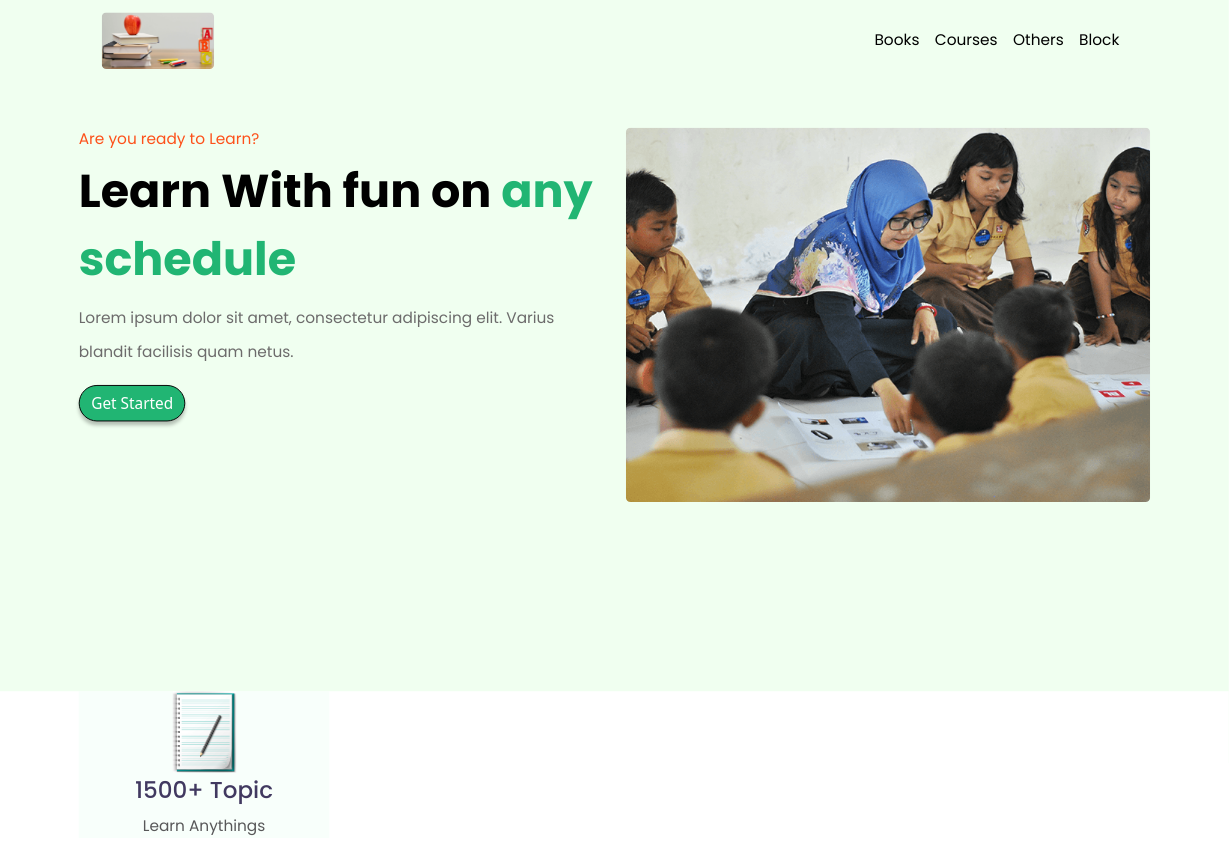
Repository: zjria/Figma-to-E-school
Page: index.html
These files come from the project's save history. The page is drawn as it stood at one moment and after the next save; the edit follows.
The browser window is 1280 px wide. The pictures show the whole page, at 96% of full size.
Some web libraries are served in a nearby version.

Above is the page before, as saved 2022-05-06 19:54:40.

After the next save:
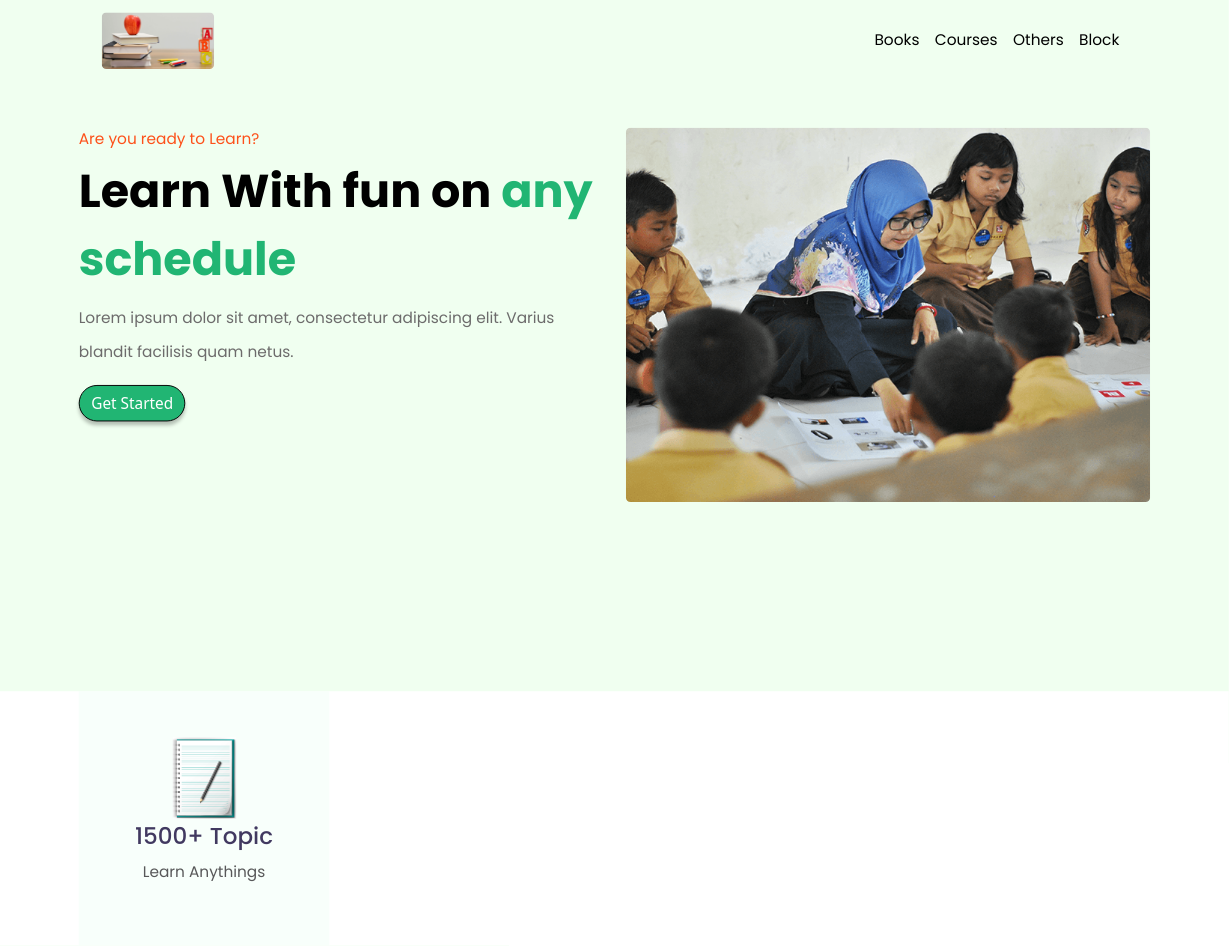
Saved 11 s later.
--- a/index.html
+++ b/index.html
@@ -67,7 +67,7 @@
       <div class="container">
         <div class="row">
           <div class="col-md-3">
-            <div class="feature-content text-center p-50">
+            <div class="feature-content text-center p-5">
               <img src="images/price-1.png" class="img-fluid" alt="">
               <h3>1500+ Topic</h3>
               <p>Learn Anythings</p>

After the save that followed:
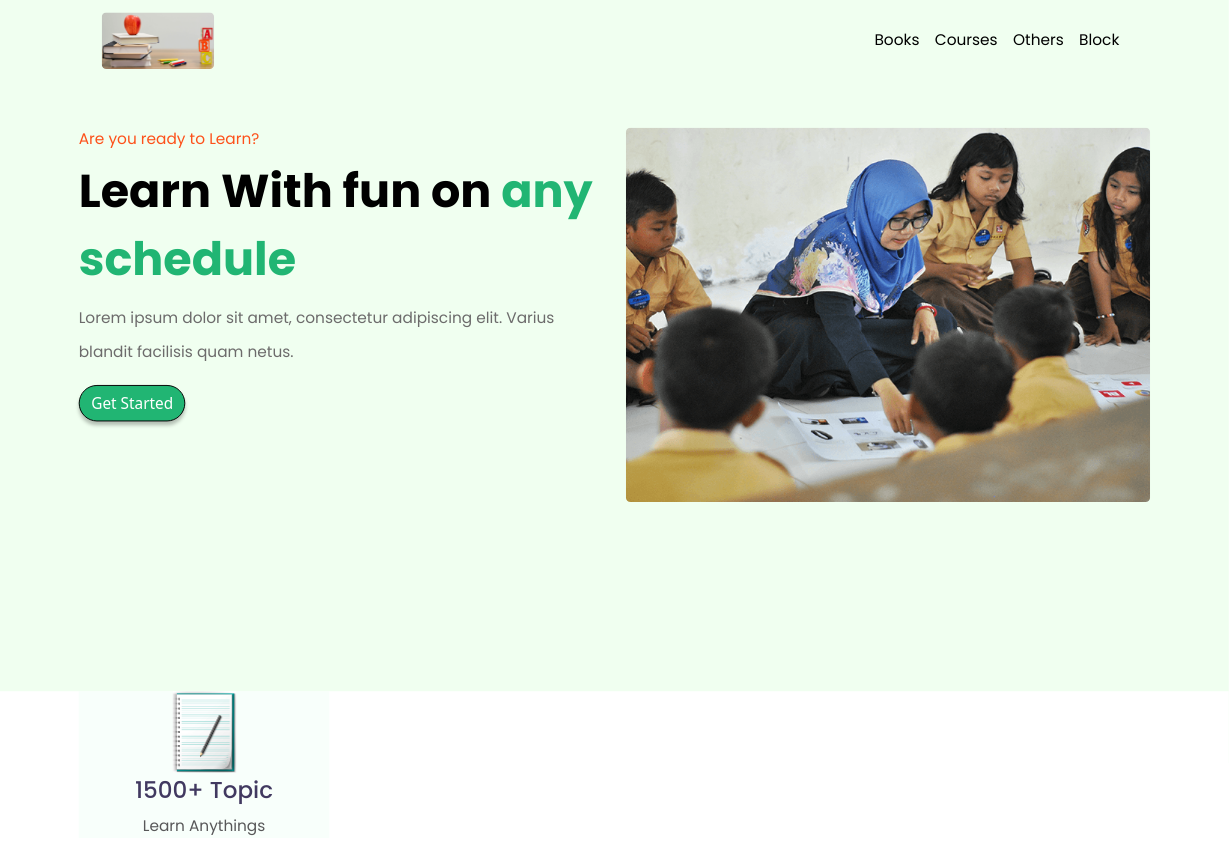
Saved 5 s later.
--- a/index.html
+++ b/index.html
@@ -67,7 +67,7 @@
       <div class="container">
         <div class="row">
           <div class="col-md-3">
-            <div class="feature-content text-center p-5">
+            <div class="feature-content text-center">
               <img src="images/price-1.png" class="img-fluid" alt="">
               <h3>1500+ Topic</h3>
               <p>Learn Anythings</p>
